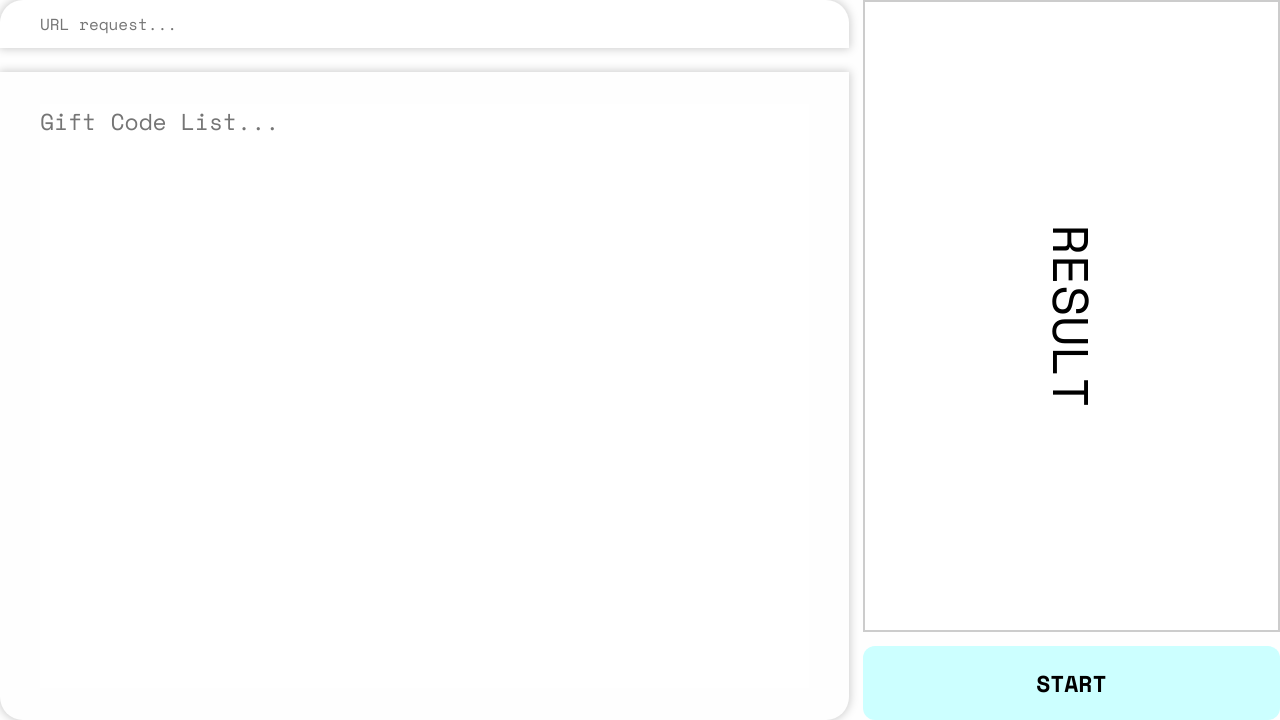
Repository: 777hanh777hanh/test
Page: index.html
The author's editor kept a copy of each file at every save. The page is drawn from the files as they stood at one save, then again after the next save.
The browser window is 1280 px wide. The pictures show the whole page.
The pointer rests on the first visible `.btn`.

Above is the page before, as saved 2023-06-30 17:51:48.

After the next save:
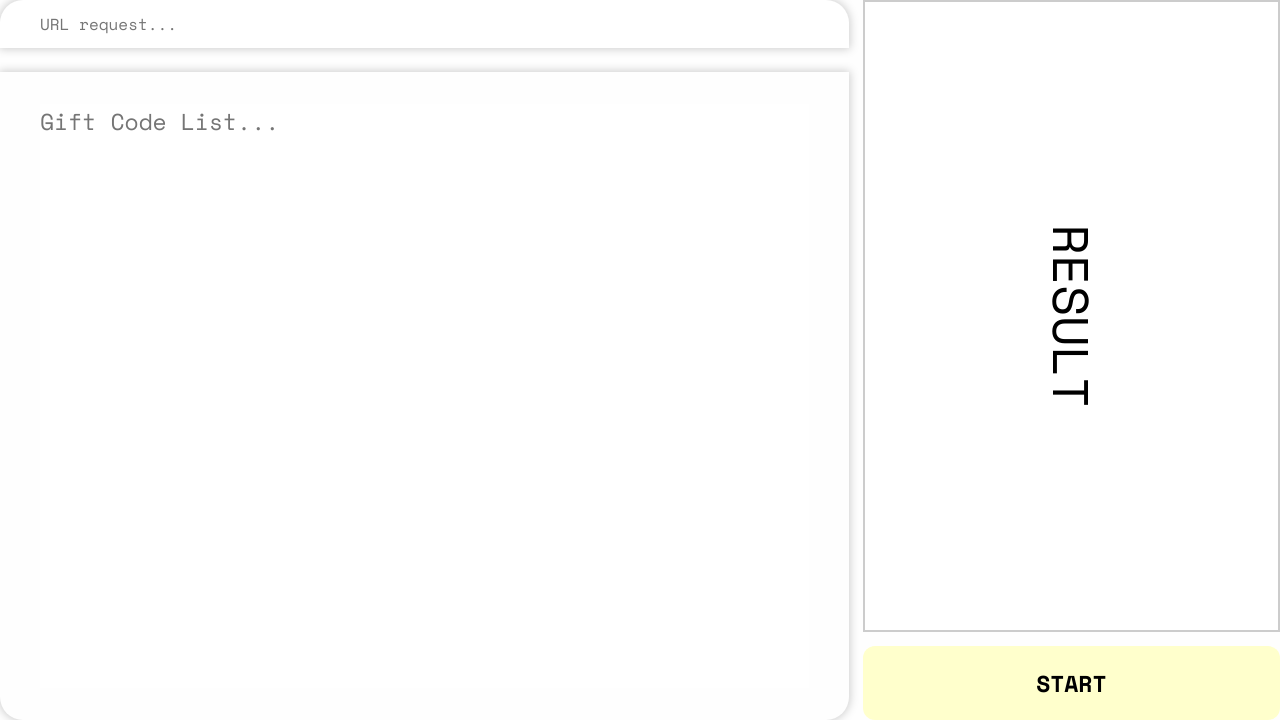
Saved 21 s later.
--- a/assets/css/style.css
+++ b/assets/css/style.css
@@ -122,4 +122,5 @@ html *::-webkit-scrollbar-track {
 
 .btn:hover {
     cursor: pointer;
+    background-color: var(--secondary-color, #ffc);
 }
